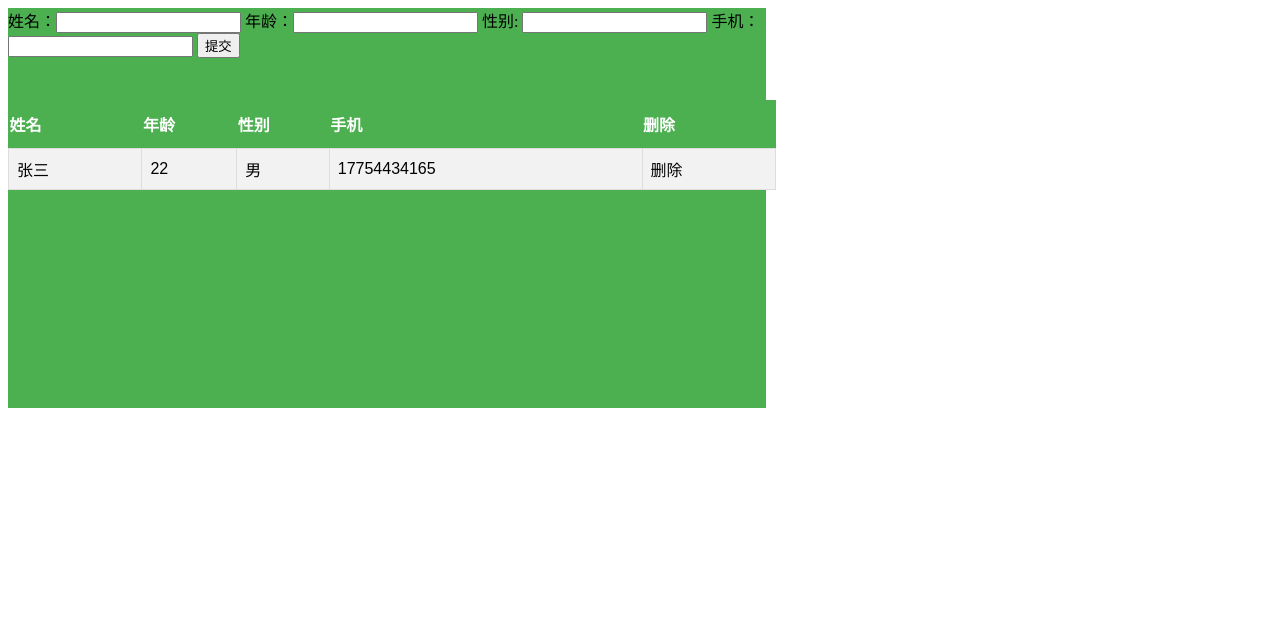
Repository: 1404413577/jsdemo
Page: small-demo/录入信息.html
An editor plug-in stored every save of this project. The page is shown before and after the next save, followed by the edit.
The browser window is 1280 px wide. The pictures show the whole page.

Above is the page before, as saved 2022-11-20 15:31:07.

### small-demo/录入信息.html
<!DOCTYPE html>
<html lang="en">

<head>
    <meta charset="UTF-8">
    <meta http-equiv="X-UA-Compatible" content="IE=edge">
    <meta name="viewport" content="width=device-width, initial-scale=1.0">
    <title>Document</title>
    <style>
        .customers {
            font-family: Arial, Helvetica, sans-serif;
            border-collapse: collapse;
            width: 60%;
            position: absolute;
            top:100px
        }

        .customers td,
        #customers th {
            border: 1px solid #ddd;
            padding: 8px;
        }

        .customers tr:nth-child(even) {
            background-color: #f2f2f2;
        }

        .customers tr:hover {
            background-color: #ddd;
        }

        .customers th {
            padding-top: 12px;
            padding-bottom: 12px;
            text-align: left;
            background-color: #4CAF50;
            color: white;
        }
        .main{
            width: 60%;
            height: 400px;
            background-color: #4CAF50;
        }
    </style>
</head>

<body>
    <div class="main">
        姓名：<input type="text">
        年龄：<input type="text">
        性别: <input type="number">
        手机： <input type="text">
        <button type="submit">提交</button>
    </div>

    <table class="customers">
        <tr>
            <th>姓名</th>
            <th>年龄</th>
            <th>性别</th>
            <th>手机</th>
            <th>删除</th>
        </tr>
        <tr>
            <td>张三</td>
            <td>22</td>
            <td>男</td>
            <td>17754434165</td>
            <td>删除</td>
        </tr>
    </table>
</body>

</html>

After the next save:
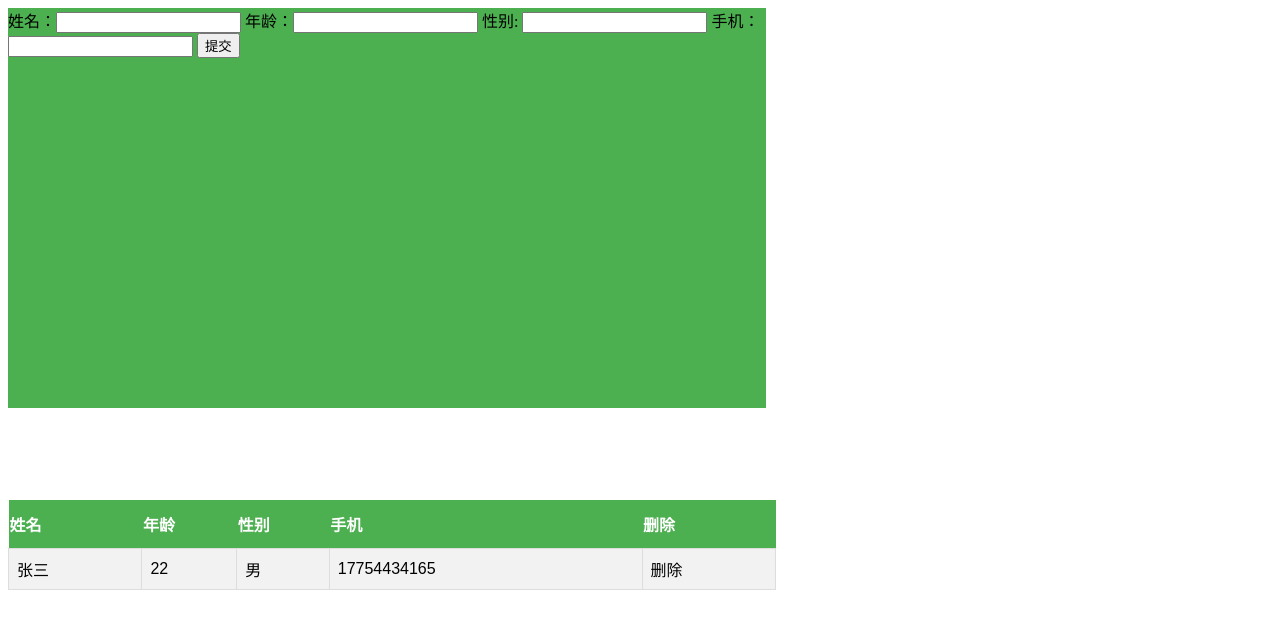
Saved 34 s later.
--- a/small-demo/录入信息.html
+++ b/small-demo/录入信息.html
@@ -12,7 +12,7 @@
             border-collapse: collapse;
             width: 60%;
             position: absolute;
-            top:100px
+            top:500px
         }
 
         .customers td,
